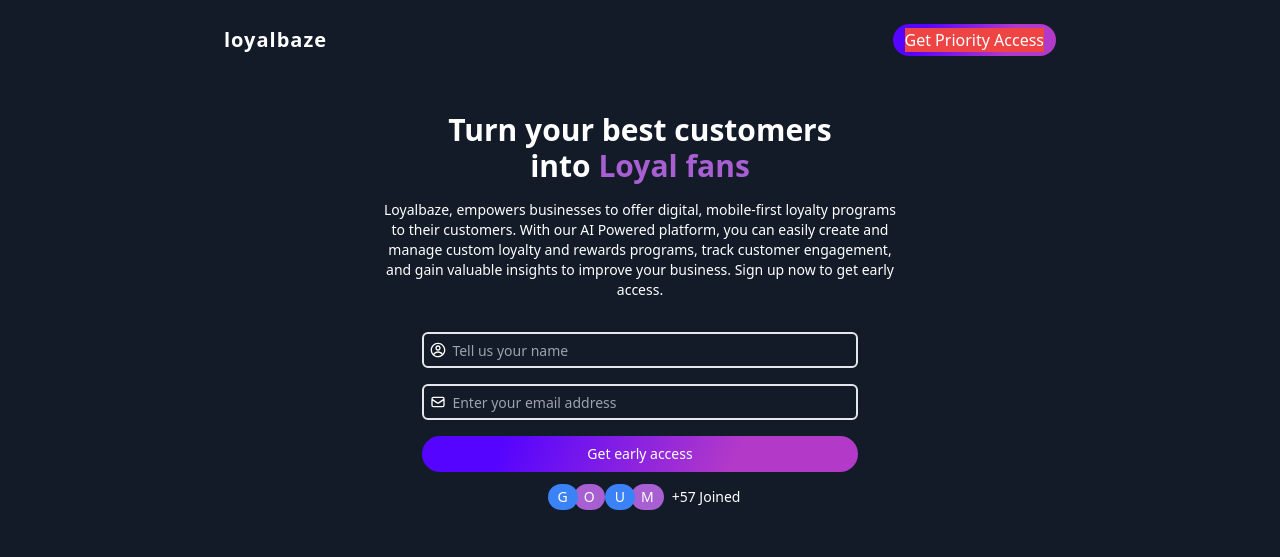
Repository: Jerified/loyalbaze
Page: /
These files come from the project's save history. The page is drawn as it stood at one moment and after a run of saves; the edit follows.
The browser window is 1280 px wide. The pictures show the whole page.
The project was rebuilt for these pictures with package versions that can differ from the ones it lists, and the page was loaded fresh each time. The framework's server and built-in components were replaced by stand-ins that run in the browser. Also part of the build but not shown: next.config.js.

Above is the page before, as saved 2023-02-10 23:23:37.

After the next 4 saves:
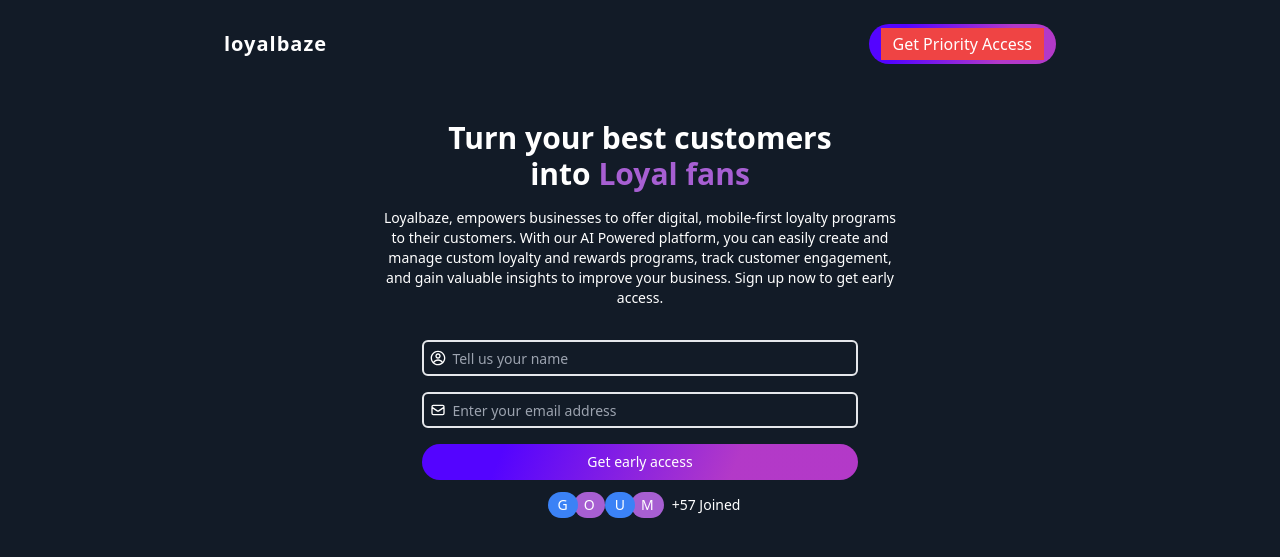
The 4 saves are shown as one change because they came seconds apart.
The last was saved 10 s later.
--- a/src/components/Header.tsx
+++ b/src/components/Header.tsx
@@ -9,7 +9,7 @@ export default function Header() {
       <div className="text-xl font-semibold tracking-wider ">loyalbaze</div>
 
       <button className="borde px-3 py-1 rounded-full bg-[linear-gradient(112.92deg,_#5404FF_18.35%,rgba(189,_59,_210,_0.94)_71.49%)]">
-        <div className="bg-red-500 ">Get Priority Access</div>
+        <div className="bg-red-500 px-3 py-1">Get Priority Access</div>
       </button>
     </div>
   );
